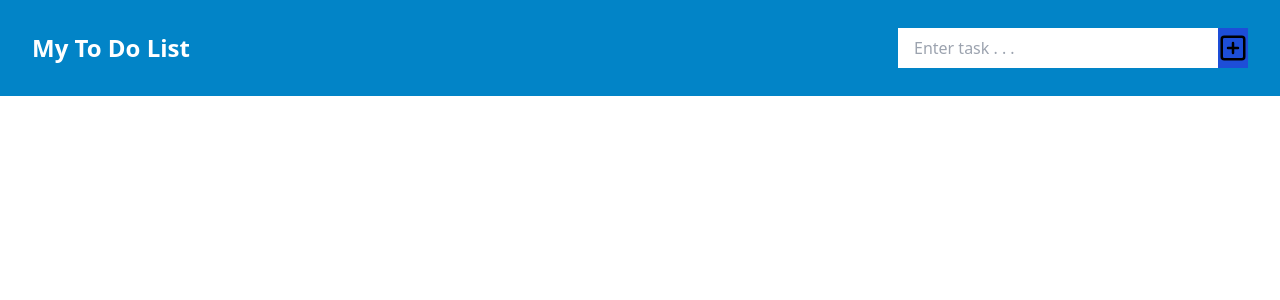
Repository: SaadYasin/react-to-do-list
Page: /
The author's editor kept a copy of each file at every save. The page is drawn from the files as they stood at one save, then again after a run of saves.
The browser window is 1280 px wide. The pictures show the whole page.
The project was rebuilt for these pictures with package versions that can differ from the ones it lists, and the page was loaded fresh each time. Also part of the build but not shown: src/App.css.

Above is the page before, as saved 2022-11-09 15:42:16.

### public/index.html
<!DOCTYPE html>
<html lang="en">
  <head>
    <meta charset="utf-8" />
    <link rel="icon" href="%PUBLIC_URL%/favicon.ico" />
    <meta name="viewport" content="width=device-width, initial-scale=1" />
    <meta name="theme-color" content="#000000" />
    <meta
      name="description"
      content="Web site created using create-react-app"
    />
    <link rel="apple-touch-icon" href="%PUBLIC_URL%/logo192.png" />

    <link rel="manifest" href="%PUBLIC_URL%/manifest.json" />

    <title>React | To Do List</title>
  </head>
  <body>
    <noscript>You need to enable JavaScript to run this app.</noscript>
    <div id="root"></div>

  </body>
</html>

### src/App.js
import Header from './components/Header';
import './App.css';

function App() {
  return (
    <div>
      <Header />
    </div>
  );
}

export default App;

### src/components/Header.js
import React from 'react'
import Input from './Input'

const Header = () => {
  return (
    <div className="flex flex-col items-center md:flex-row md:justify-between h-24 bg-sky-600 px-8">
      <h1 className="text-2xl font-bold text-white my-2">My To Do List</h1>
      <Input />
    </div>
  );
}

export default Header

### src/components/Input.js
import React from 'react'
import { FiPlusSquare } from "react-icons/fi";

const Input = () => {
  return (
    <div>
      <form className="flex h-10 ">
        <input type="text" placeholder='Enter task . . .' className='px-4 w-80'/>
        <button className="text-3xl bg-blue-700" type='submit'><FiPlusSquare /></button>
      </form>
    </div>
  )
}

export default Input

Loaded but not shown: src/index.js (common file); src/index.css (common file); tailwind.config.js (common file)

After the next 3 saves:
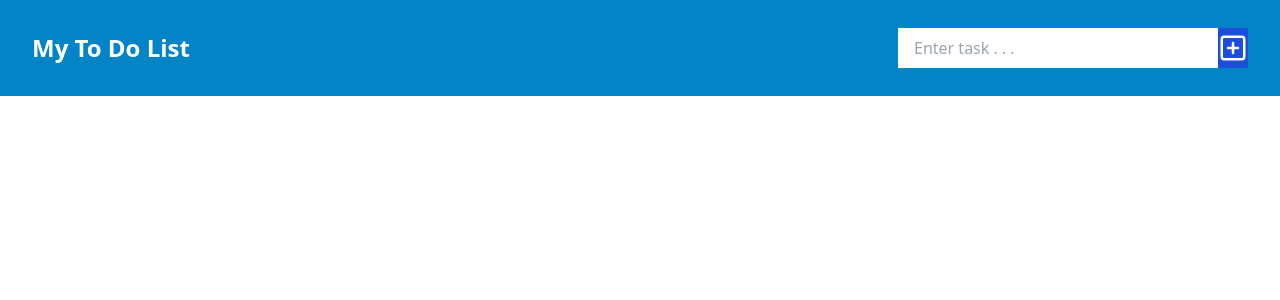
The 3 saves are shown as one change because they came seconds apart.
The last was saved 25 s later.
--- a/src/components/Input.js
+++ b/src/components/Input.js
@@ -6,7 +6,7 @@ const Input = () => {
     <div>
       <form className="flex h-10 ">
         <input type="text" placeholder='Enter task . . .' className='px-4 w-80'/>
-        <button className="text-3xl bg-blue-700" type='submit'><FiPlusSquare /></button>
+        <button className="text-3xl bg-blue-700 text-white" type='submit'><FiPlusSquare /></button>
       </form>
     </div>
   )
